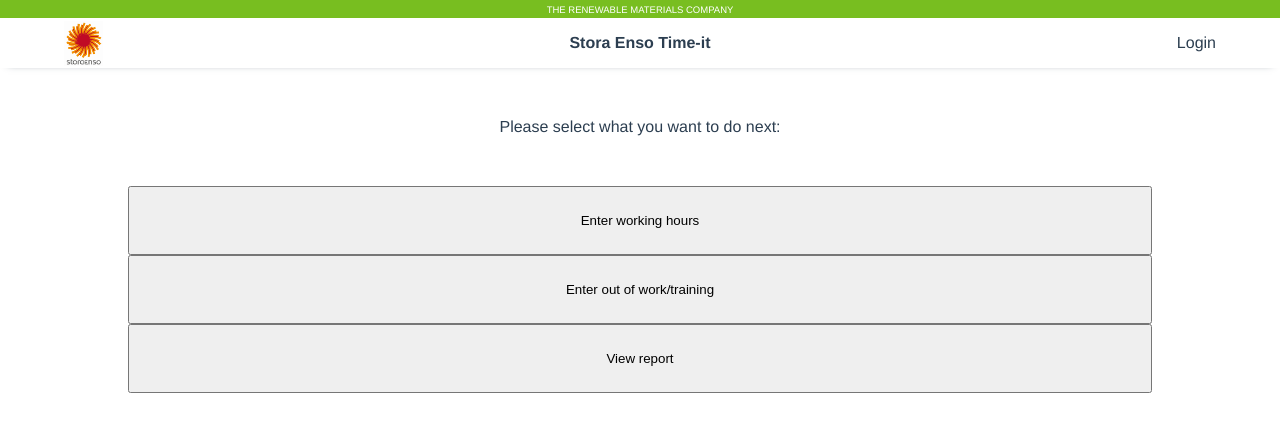
Repository: marianreha/vue-timeit
Page: /
The author's editor kept a copy of each file at every save. The page is drawn from the files as they stood at one save, then again after the next save.
The browser window is 1280 px wide. The pictures show the whole page.
Some web fonts or font styles are not loaded; a fallback is used. The project was rebuilt for these pictures with package versions that can differ from the ones it lists, and the page was loaded fresh each time. Also part of the build but not shown: vue.config.js.

Above is the page before, as saved 2020-03-29 19:47:01.

### src/App.vue
<template>
  <div id="app">
    <Navbar />
    <Home />
  </div>
</template>

<script>
import Navbar from './components/Navbar'
import Home from './components/Home'

export default {
  name: 'App',
  components: {
    Navbar,
    Home,
  }
}
</script>

<style>
@import url(//db.onlinewebfonts.com/c/2afedaab5a5177410b408023384af22d?family=HelveticaNeueLTW01-55Roman);

#app {
  font-family: Helvetica, Arial, sans-serif;
  -webkit-font-smoothing: antialiased;
  -moz-osx-font-smoothing: grayscale;
  text-align: center;
  color: #2c3e50;
  padding: 0px;
}

* {
    box-sizing: border-box;
    margin: 0 !important;
    cursor: default;
}
</style>

### src/components/Navbar.vue
<template>
  <div>
      <header class="green">
          The renewable materials company
      </header>
      <header class="navbar">
          <img class="logo" src="../assets/logo.jpg" alt="logo">
          <nav>
              Stora Enso Time-it
          </nav>
          <span>Login</span>
      </header>
  </div>
</template>

<script>
export default {
    name: 'Navbar',
}
</script>

<style>
.green {
    padding: 4px 0 3px 0;
    background-color: #78BE20;
    color: #FFFFFF;
    font-size: 9.5px;
    text-transform: uppercase;
}

.navbar {
    display: flex;
    height: 2rem;
    justify-content: space-between;
    align-items: center;
    padding: 25px 5%;
    box-shadow: 0 3px 8px -8px;
}

.navbar nav {
    font-weight: bold;
}

.logo {
    height: 45px;
    cursor: pointer;
}
</style>>

### src/components/Home.vue
<template>
  <div>
      <p>Please select what you want to do next:</p>
      <div class="btn-group">
        <button>Enter working hours</button>
        <button>Enter out of work/training</button>
        <button>View report</button>
      </div>
  </div>
</template>

<script>
export default {
    name: "Home"
}
</script>

<style>
p {
    padding: 50px;
}
.btn-group {
    display: flex;
    flex-direction: column;
    padding: 0 10%;
}

.btn-group button {
    padding: 25px;
    margin: 10px 10px 10px 10px;
}


</style>

Loaded but not shown: public/index.html (common file); src/main.js (common file)

After the next save:
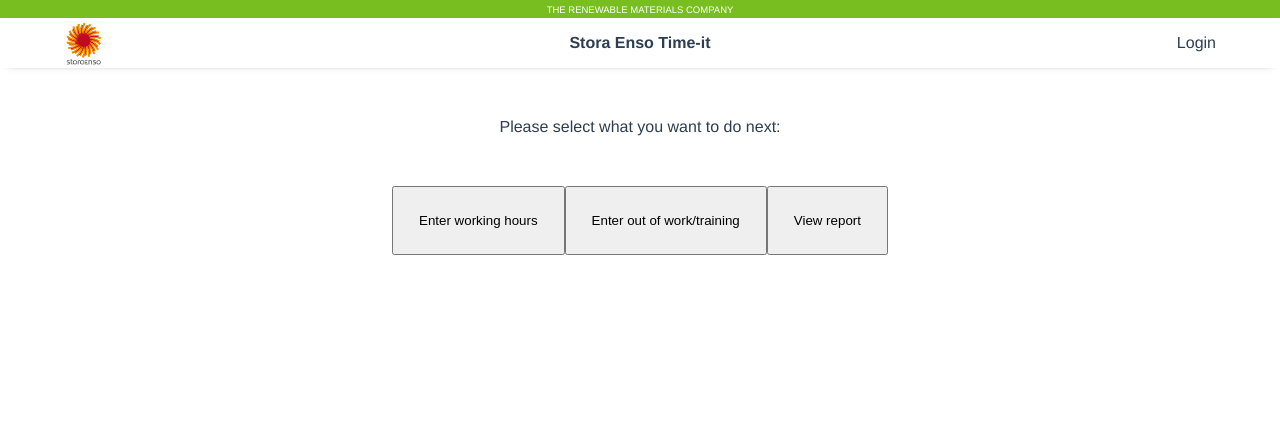
Saved 41 s later.
--- a/src/components/Home.vue
+++ b/src/components/Home.vue
@@ -19,8 +19,18 @@
 p {
     padding: 50px;
 }
+/* .btn-group {
+    display: flex;
+    flex-direction: column;
+    padding: 0 10%;
+}
+
+.btn-group button {
+    padding: 25px;
+    margin: 10px 10px 10px 10px;
+} */
 .btn-group {
-    display: flex;
+    display: block;
     flex-direction: column;
     padding: 0 10%;
 }
@@ -30,5 +40,4 @@
     margin: 10px 10px 10px 10px;
 }
 
-
 </style>
